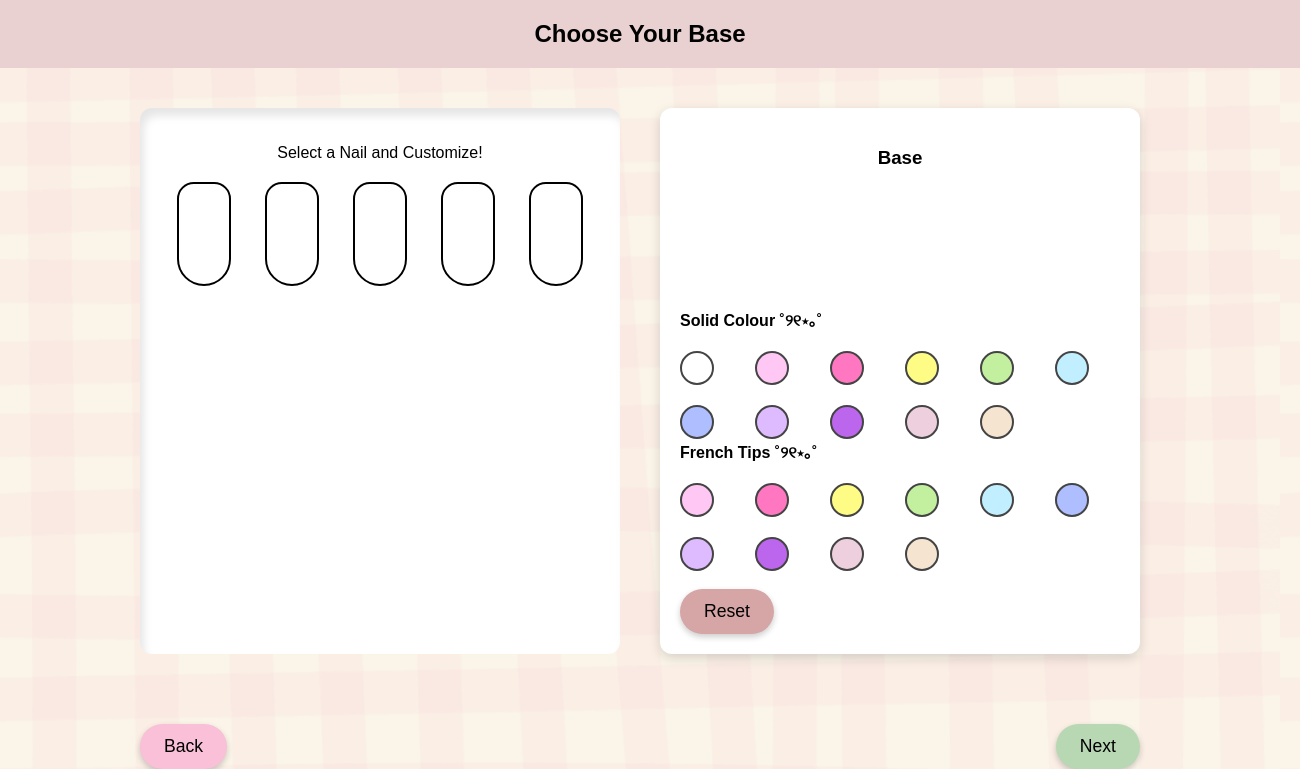
Repository: amolwalia/Fluidity-Lab
Page: base-paint.html
An editor plug-in stored every save of this project. The page is shown before and after the next save, followed by the edit.
The browser window is 1280 px wide. The page is 1300 px wide, so the pictures cover 1300 px, including what lies to the right of the window. The pictures show the whole page.

Above is the page before, as saved 2025-05-11 19:04:41.

### base-paint.html
<!DOCTYPE html>
<html lang="en">
  <head>
    <meta charset="UTF-8" />
    <meta name="viewport" content="width=device-width, initial-scale=1.0" />
    <title>Choose Your Base</title>
    <link rel="stylesheet" href="./styles/basepaints.css" />
  </head>
  <body>
    <header>Choose Your Base</header>
    <div class="container">
      <div class="nail-area">
        <p style="text-align: center">Select a Nail and Customize!</p>
        <div class="nails">
          <div class="nail" onclick="selectNail(this)"></div>
          <div class="nail" onclick="selectNail(this)"></div>
          <div class="nail" onclick="selectNail(this)"></div>
          <div class="nail" onclick="selectNail(this)"></div>
          <div class="nail" onclick="selectNail(this)"></div>
        </div>
      </div>
      <div class="palette">
        <h3>Base</h3>
        <strong>Solid Colour ˚୨୧⋆｡˚</strong>
        <div class="colors">
          <div
            class="color"
            style="background: white"
            onclick="setColor('white', false)"
          ></div>
          <div
            class="color"
            style="background: #ffc8f4"
            onclick="setColor('#ffc8f4', false)"
          ></div>
          <div
            class="color"
            style="background: #ff77c0"
            onclick="setColor('#ff77c0', false)"
          ></div>
          <div
            class="color"
            style="background: #fefc85"
            onclick="setColor('#fefc85', false)"
          ></div>
          <div
            class="color"
            style="background: #c2f09f"
            onclick="setColor('#c2f09f', false)"
          ></div>
          <div
            class="color"
            style="background: #c2efff"
            onclick="setColor('#c2efff', false)"
          ></div>
        </div>
        <div class="colors">
          <div
            class="color"
            style="background: #aebeff"
            onclick="setColor('#AEBEFF', false)"
          ></div>
          <div
            class="color"
            style="background: #debaff"
            onclick="setColor('#DEBAFF', false)"
          ></div>
          <div
            class="color"
            style="background: #bb66ec"
            onclick="setColor('#BB66EC', false)"
          ></div>
          <div
            class="color"
            style="background: #eecfdd"
            onclick="setColor('#EECFDD', false)"
          ></div>
          <div
            class="color"
            style="background: #f5e4d0"
            onclick="setColor('#F5E4D0', false)"
          ></div>
        </div>
        <strong>French Tips ˚୨୧⋆｡˚</strong>
        <div class="colors">
          <div
            class="color"
            style="background: #ffc8f4"
            onclick="setColor('#ffc8f4', true)"
          ></div>
          <div
            class="color"
            style="background: #ff77c0"
            onclick="setColor('#ff77c0', true)"
          ></div>
          <div
            class="color"
            style="background: #fefc85"
            onclick="setColor('#fefc85', true)"
          ></div>
          <div
            class="color"
            style="background: #c2f09f"
            onclick="setColor('#c2f09f', true)"
          ></div>
          <div
            class="color"
            style="background: #c2efff"
            onclick="setColor('#c2efff', true)"
          ></div>
          <div
            class="color"
            style="background: #aebeff"
            onclick="setColor('#AEBEFF', true)"
          ></div>
        </div>
        <div class="colors">
          <div
            class="color"
            style="background: #debaff"
            onclick="setColor('#DEBAFF', true)"
          ></div>
          <div
            class="color"
            style="background: #bb66ec"
            onclick="setColor('#BB66EC', true)"
          ></div>
          <div
            class="color"
            style="background: #eecfdd"
            onclick="setColor('#EECFDD', true)"
          ></div>
          <div
            class="color"
            style="background: #f5e4d0"
            onclick="setColor('#F5E4D0', true)"
          ></div>
        </div>
        <br />
        <button class="btn btn-brown" onclick="resetColors()">Reset</button>
      </div>
    </div>
    <div class="btn-row">
      <button class="btn btn-pink" onclick="location.href='index.html'">
        Back
      </button>
      <button class="btn btn-green" onclick="saveNailColorsAndGoNext()">
        Next
      </button>
    </div>
    <script src="./scripts/basepaints.js"></script>
  </body>
</html>

### styles/basepaints.css
body {
  margin: 0;
  font-family: "Quicksand", sans-serif;
  background: url("../media/pink_plaid.png");
  background-size: cover;
  background-blend-mode: multiply;
  background-color: #fbf5e9;
  display: flex;
  flex-direction: column;
  align-items: center;
}
header {
  width: 100%;
  padding: 20px;
  background-color: #e9d1d1;
  text-align: center;
  font-weight: bold;
  font-size: 1.5rem;
}
.container {
  display: flex;
  justify-content: space-between;
  padding: 40px;
  width: 100%;
  max-width: 1000px;
}
.nail-area,
.palette {
  background: #fff;
  border-radius: 12px;
  padding: 20px;
  box-shadow: 0 4px 12px rgba(0, 0, 0, 0.15);

}
.nail-area {
  flex: 1;
  margin-right: 40px;
  box-shadow: inset 4px 8px 8px  rgba(0, 0, 0, 0.1);
}
.palette {
  flex: 1;
}
.nails {
  display: flex;
  justify-content: space-around;
  margin-top: 20px;
}
.nail {
  width: 50px;
  height: 100px;
  border: 2px solid #000;
  border-radius: 25px 25px 40px 40px;
  background: #fff;
  position: relative;
  overflow: hidden;
}

h3 {
  text-align: center;
  padding-bottom: 120px;
}
.french-tip-overlay {
  position: absolute;
  top: 0;
  left: 0;
  width: 100%;
  height: 100%;
  pointer-events: none;
  z-index: 50;
  background: none;
}
.french-tip-overlay::before {
  content: "";
  position: absolute;
  top: 0;
  left: 0;
  width: 100%;
  height: 100%;
  background: url("data:[embedded picture, 672 characters]")
    top center / 100% auto no-repeat;
  opacity: 1;
  z-index: 50;
}
.colors {
  display: grid;
  grid-template-columns: repeat(6, 1fr);
  gap: 10px;
  margin-top: 20px;
}
.color {
  width: 30px;
  height: 30px;
  border-radius: 50%;
  cursor: pointer;
  border: 2px solid #444;
}
.btn-row {
  display: flex;
  justify-content: space-between;
  width: 100%;
  max-width: 1000px;
  margin-top: 30px;
}
.btn {
  padding: 12px 24px;
  font-size: 1.1rem;
  background-color: #b7d8b2;
  border: none;
  border-radius: 25px;
  cursor: pointer;
  box-shadow: 0 3px 6px rgba(0, 0, 0, 0.2);
  transition: transform 0.3s ease, box-shadow 0.3s ease;
}
.btn:hover {
  transform: scale(1.05);
  box-shadow: 0 6px 12px rgba(183, 216, 178, 0.6);
}
.btn-pink {
  background-color: #f9c0d7;
}
.btn-green {
  background-color: #b7d8b2;
}
.btn-brown {
  background-color: #d6a5a5;
}

### scripts/basepaints.js
let selectedNail = null;

function selectNail(el) {
  document
    .querySelectorAll(".nail")
    .forEach((nail) => (nail.style.borderColor = "#000"));
  selectedNail = el;
  el.style.borderColor = "deeppink";
}

function setColor(color, isFrenchTip = false) {
  if (selectedNail) {
    selectedNail.style.background = color;
    const existingTip = selectedNail.querySelector(".french-tip-overlay");
    if (existingTip) existingTip.remove();
    if (isFrenchTip) {
      const tip = document.createElement("div");
      tip.className = "french-tip-overlay";
      selectedNail.appendChild(tip);
    }
  }
}

function resetColors() {
  document.querySelectorAll(".nail").forEach((nail) => {
    nail.style.background = "white";
    const tip = nail.querySelector(".french-tip-overlay");
    if (tip) tip.remove();
  });
}

function saveNailColorsAndGoNext() {
  const nails = document.querySelectorAll(".nail");
  const designData = Array.from(nails).map((nail) => {
    return {
      background: nail.style.background,
      hasTip: !!nail.querySelector(".french-tip-overlay"),
    };
  });
  localStorage.setItem("nailDesignData", JSON.stringify(designData));
  location.href = "decorate.html";
}

After the next save:
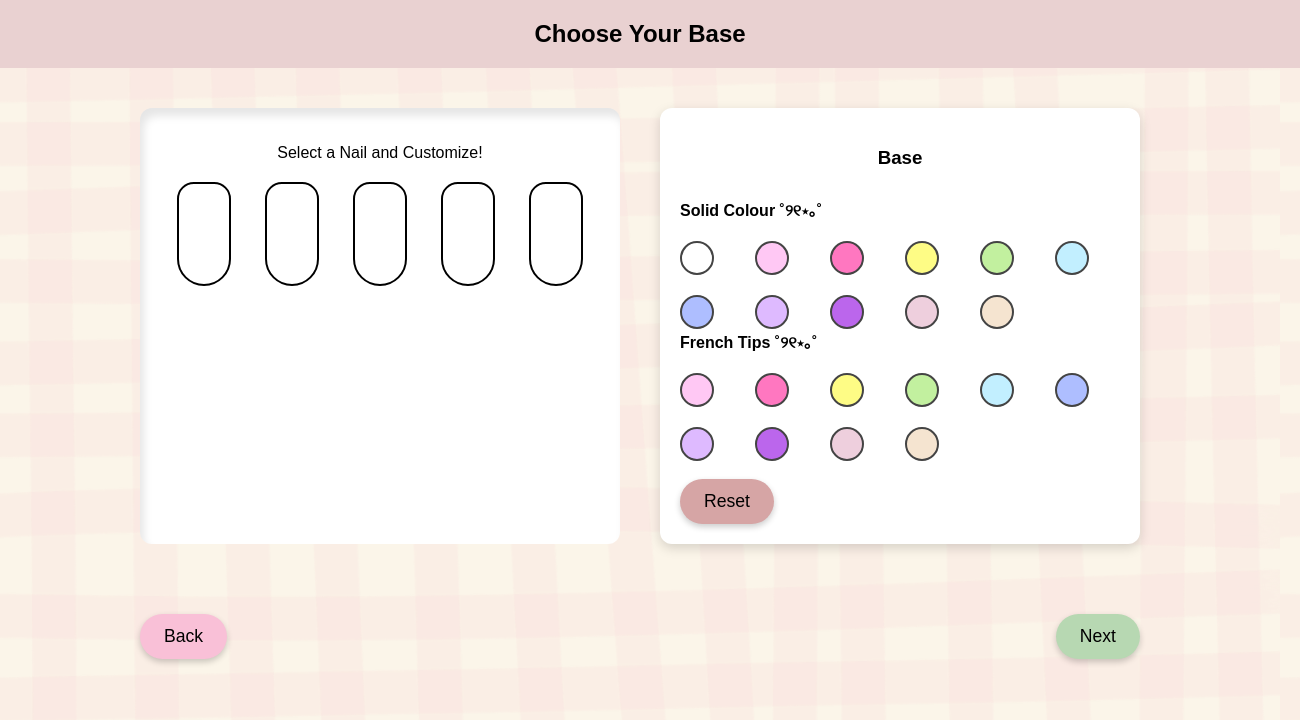
Saved 6 s later.
--- a/styles/basepaints.css
+++ b/styles/basepaints.css
@@ -57,7 +57,7 @@ header {
 
 h3 {
   text-align: center;
-  padding-bottom: 120px;
+  padding-bottom: 10px;
 }
 .french-tip-overlay {
   position: absolute;
